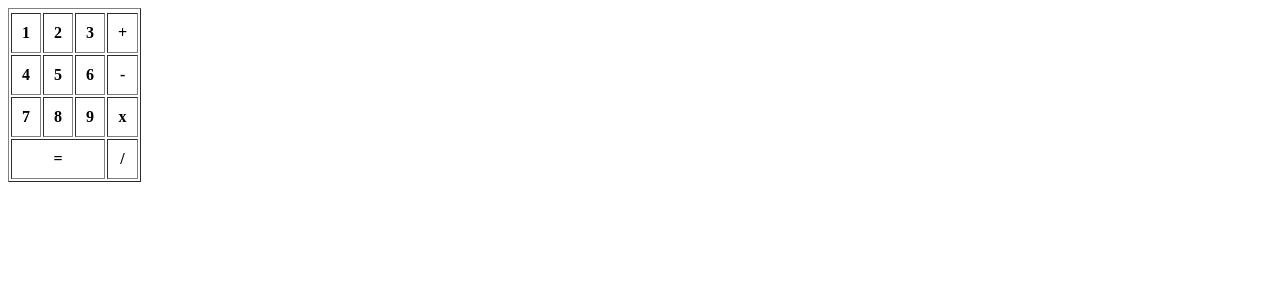
Repository: oUYUo/javaweb_and_javaBaseKnowLedge
Page: http://localhost/computer/
An editor plug-in stored every save of this project. The page is shown before and after the next save, followed by the edit.
The browser window is 1280 px wide. The pictures show the whole page.
The page is served by Tomcat 9.

Above is the page before, as saved 2018-02-27 08:56:30.

After the next save:
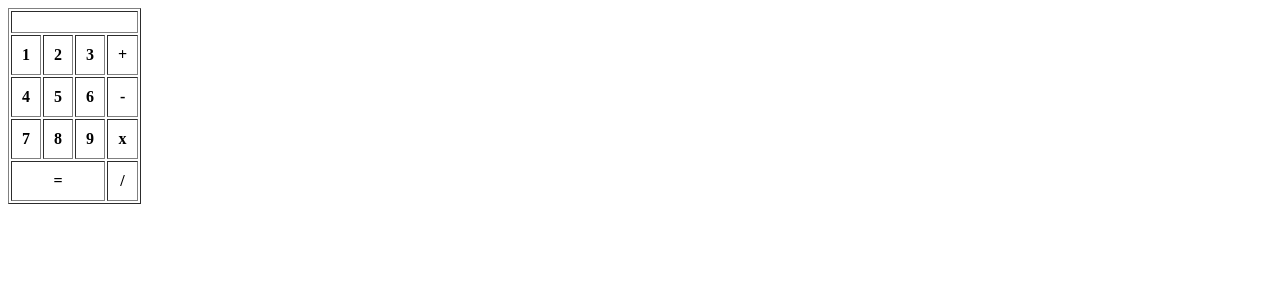
Saved 8 s later.
--- a/computer/WebContent/index.jsp
+++ b/computer/WebContent/index.jsp
@@ -9,7 +9,7 @@
 <body>
 <table border="1" cellpadding="10">
   <tr>
-  <tdcolspan="4"></td>
+  <td colspan="4"></td>
 
   <tr>
     <th>1</th>
